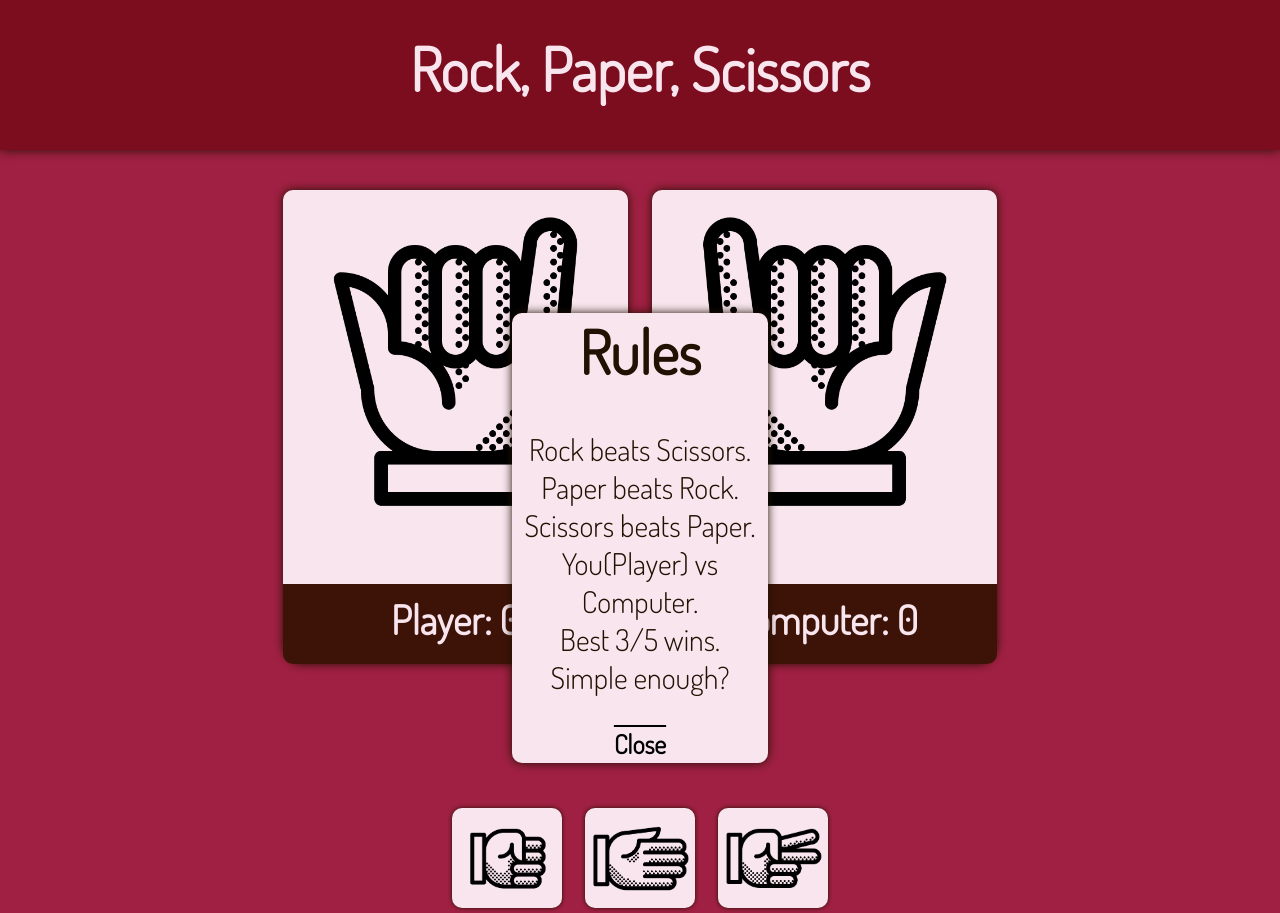
Repository: shayanabedi98/rock-paper-scissors
Page: index.html
These files come from the project's save history. The page is drawn as it stood at one moment and after the next save; the edit follows.
The browser window is 1280 px wide. The pictures show the whole page.

Above is the page before, as saved 2023-07-14 19:36:00.

After the next save:
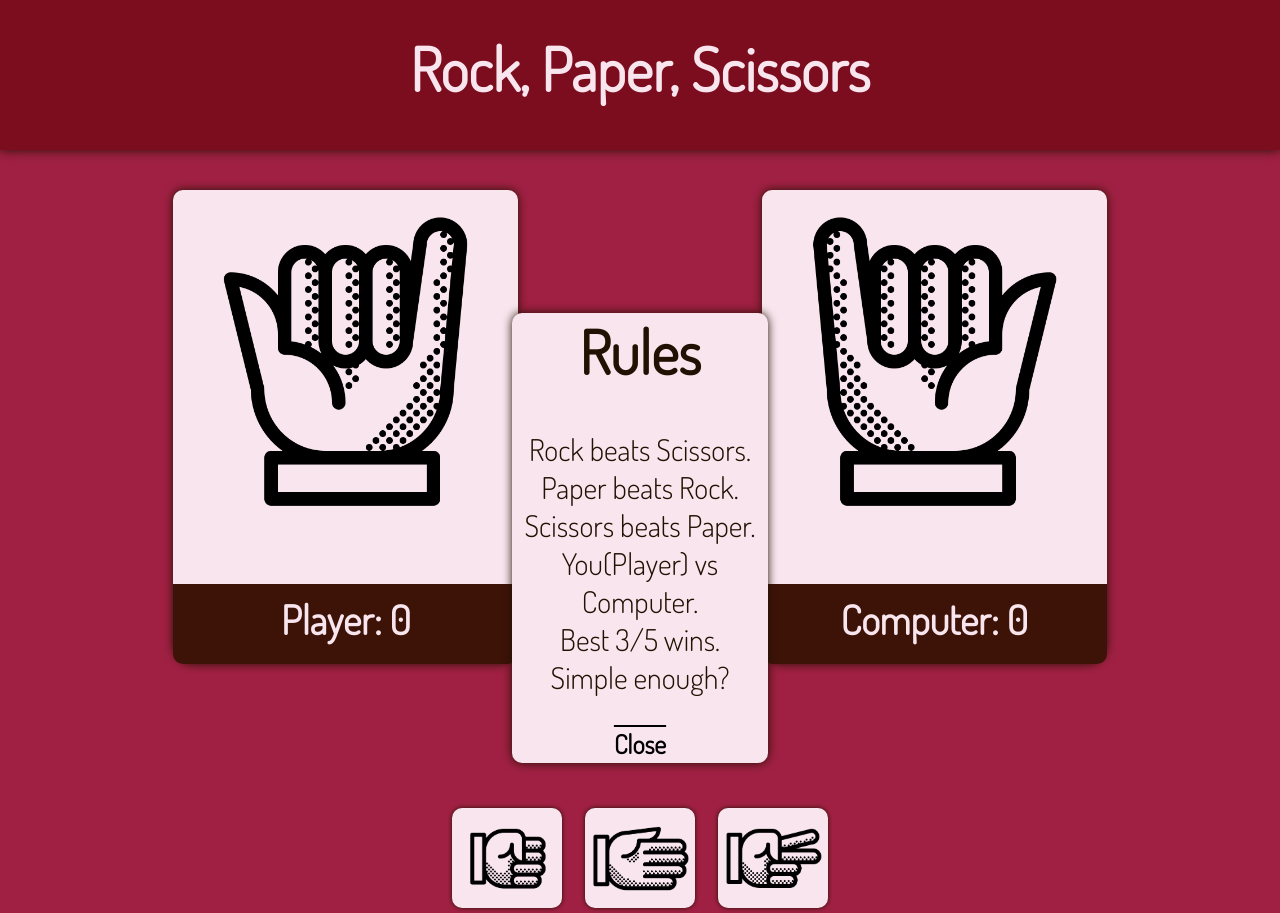
Saved 5 s later.
--- a/styles.css
+++ b/styles.css
@@ -35,7 +35,7 @@ h1 {
     display: inline-block;
     background-color: #F8E5EE;
     box-shadow: 0 0 8px 0 #211103;
-    margin: 0 10px;
+    margin: 0 120px;
     border-radius: 10px 10px 20px 20px;
 }
 
